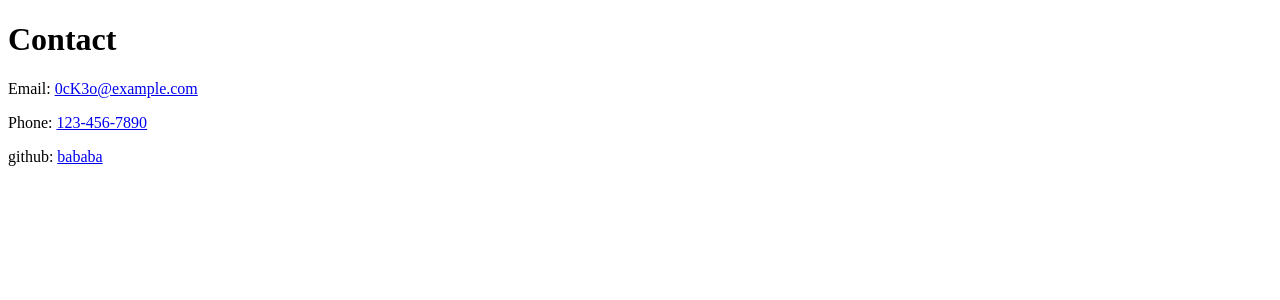
Repository: haiqalfawaz/Kelompok-3-Assignment-day-23
Page: contact.html
An editor plug-in stored every save of this project. The page is shown before and after the next save, followed by the edit.
The browser window is 1280 px wide. The pictures show the whole page.

Above is the page before, as saved 2024-11-19 12:02:56.

### contact.html
<!DOCTYPE html>
<html lang="en">
  <head>
    <meta charset="UTF-8" />
    <meta name="viewport" content="width=device-width, initial-scale=1.0" />
    <title>Document</title>
  </head>
  <body>
    <h1>Contact</h1>
    <p>Email: <a href="mailto:0cK3o@example.com">0cK3o@example.com</a></p>
    <p>Phone: <a href="tel:+1234567890">123-456-7890</a></p>
    <p>github: <a href="https://github.com/username">bababa</a></p>
  </body>
</html>

After the next save:
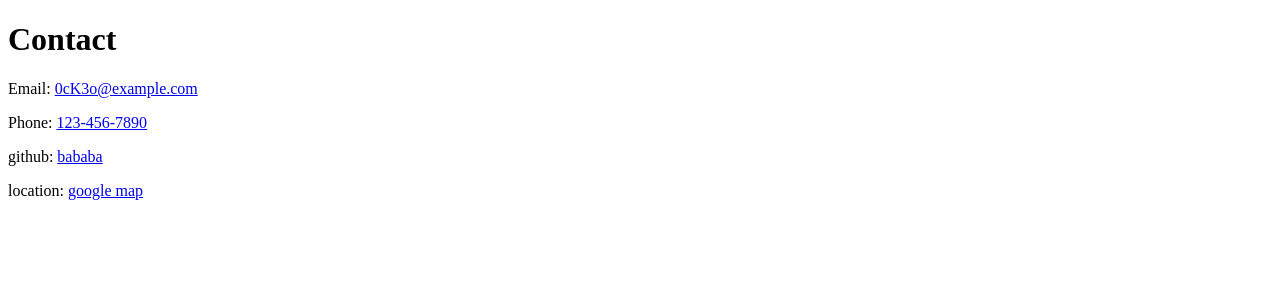
Saved 62 s later.
--- a/contact.html
+++ b/contact.html
@@ -10,5 +10,6 @@
     <p>Email: <a href="mailto:0cK3o@example.com">0cK3o@example.com</a></p>
     <p>Phone: <a href="tel:+1234567890">123-456-7890</a></p>
     <p>github: <a href="https://github.com/username">bababa</a></p>
+    <p>location: <a href="https://www.google.com/maps">google map</a></p>
   </body>
 </html>
